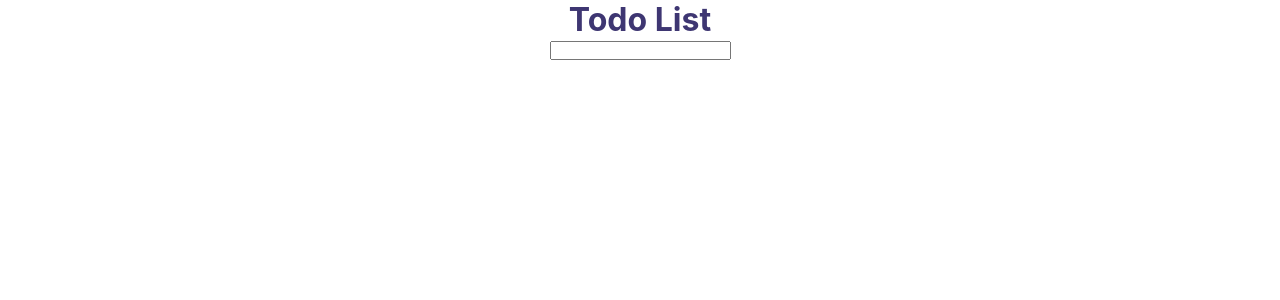
Repository: badhon252/todo-app
Page: /
An editor plug-in stored every save of this project. The page is shown before and after the next save, followed by the edit.
The browser window is 1280 px wide. The pictures show the whole page.
Some web libraries are served in a nearby version. The project was rebuilt for these pictures with package versions that can differ from the ones it lists, and the page was loaded fresh each time.

Above is the page before, as saved 2022-01-26 12:04:39.

After the next save:
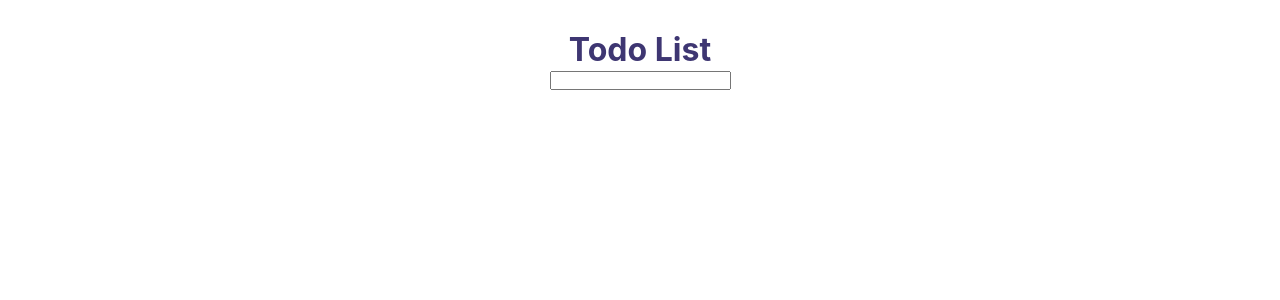
Saved 28 s later.
--- a/src/Styles/style.css
+++ b/src/Styles/style.css
@@ -4,6 +4,7 @@
 }
 
 .main-div {
+  margin: 30px;
   text-align: center;
   color: #3e3672;
 }
